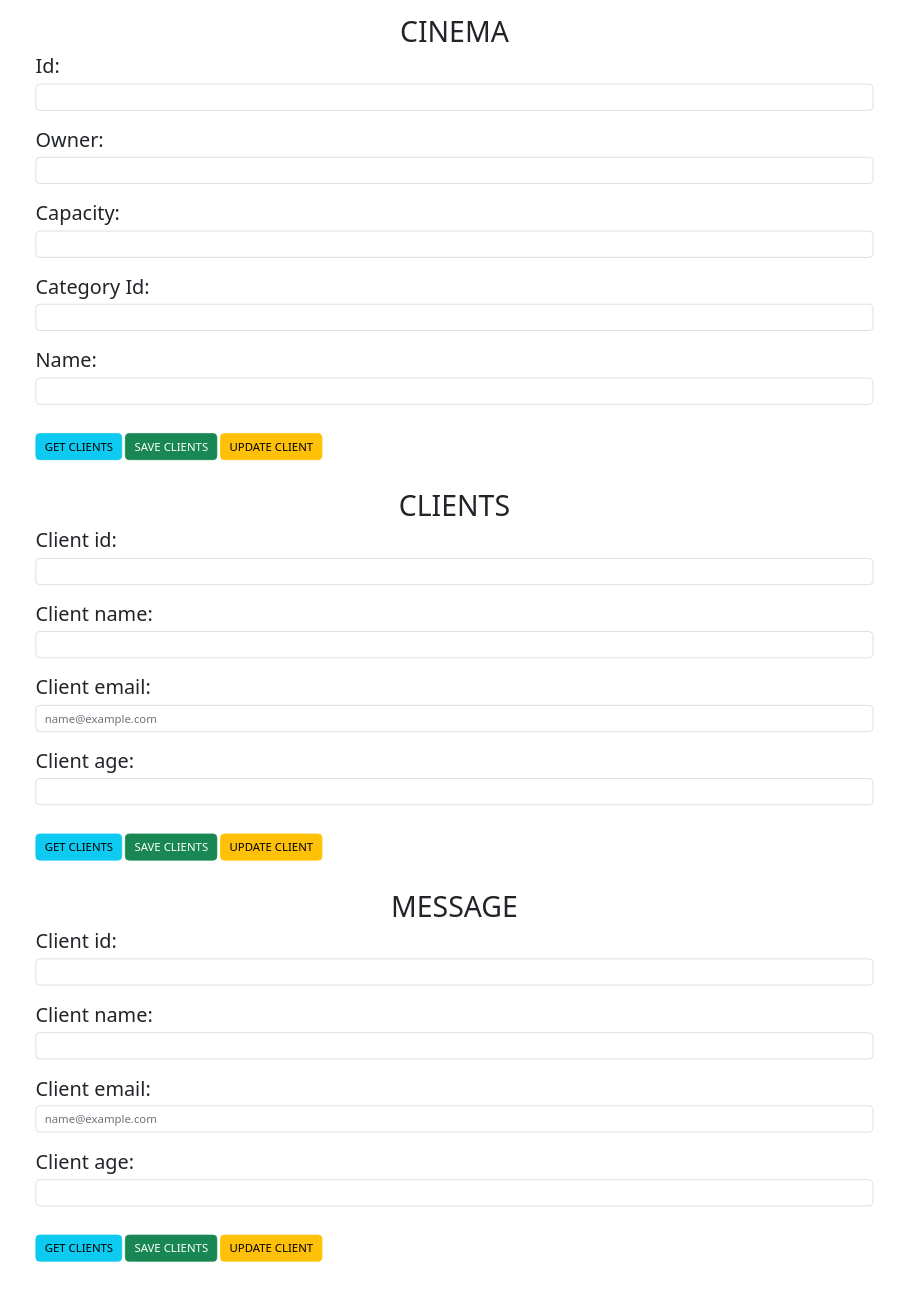
Repository: almendezl/MisionTIC
Page: index.html
An editor plug-in stored every save of this project. The page is shown before and after the next save, followed by the edit.
The browser window is 1280 px wide. The pictures show the whole page, at 71% of full size.

Above is the page before, as saved 2022-10-01 21:54:11.

### index.html
<html lang="en">
<head>
    <meta charset="UTF-8">
    <meta http-equiv="X-UA-Compatible" content="IE=edge">
    <meta name="viewport" content="width=device-width, initial-scale=1.0">
    <link rel="stylesheet" href="styles.css">
    <title>MISION TIC 2022 RETO 2</title>
</head>
<!-- add jquery api -->
<script src="https://ajax.googleapis.com/ajax/libs/jquery/3.6.1/jquery.min.js"></script>
<!-- add bootstrap -->

<link href="https://cdn.jsdelivr.net/npm/bootstrap@5.2.1/dist/css/bootstrap.min.css" rel="stylesheet" integrity="sha384-iYQeCzEYFbKjA/T2uDLTpkwGzCiq6soy8tYaI1GyVh/UjpbCx/TYkiZhlZB6+fzT" crossorigin="anonymous">
<!-- add the file with the script -->
<script type="text/javascript" src="myScript.js"></script>
<body>
    <!-- cinema front -->
    <h1 class="text-center">CINEMA</h1>
    <form action="">
        <div class="form-group">
            <h3 class="label label-default" >Id: </h3>
            <input class="form-control" type="number" id="clientId"> <br>
        </div>

        <div class="form-group">
            <h3 class="label label-default" >Owner: </h3>
            <input class="form-control" type="text" id="clientName"><br>
        </div>

        <div class="form-group">
            <h3 class="label label-default" >Capacity: </h3>
            <input class="form-control" type="text" id="clientEmail" ><br>
        </div>

        <div class="form-group">
            <h3 class="label label-default" >Category Id: </h3>
            <input class="form-control" type="number" id="clientAge"><br>
        </div>

        <div class="form-group">
            <h3 class="label label-default" >Name: </h3>
            <input class="form-control" type="number" id="clientAge"><br>
        </div>

    </form>




    <button class="btn btn-info" onclick="getClients()">GET CLIENTS</button>

    <button class="btn btn-success" onclick="setClient()">SAVE CLIENTS</button>

    <button class="btn btn-warning" onclick="updateClient()">UPDATE CLIENT</button><br><br>


    <table class="table table-striped" id="clientsList">


    </table>

    <!-- Clients front  -->
    <h1 class="text-center">CLIENTS</h1>
    <form action="">
        <div class="form-group">
            <h3 class="label label-default" >Client id: </h3>
            <input class="form-control" type="number" id="clientId"> <br>
        </div>

        <div class="form-group">
            <h3 class="label label-default" >Client name: </h3>
            <input class="form-control" type="text" id="clientName"><br>
        </div>

        <div class="form-group">
            <h3 class="label label-default" >Client email: </h3>
            <input class="form-control" type="text" id="clientEmail" placeholder="name@example.com"><br>
        </div>

        <div class="form-group">
            <h3 class="label label-default" >Client age: </h3>
            <input class="form-control" type="number" id="clientAge"><br>
        </div>

    </form>




    <button class="btn btn-info" onclick="getClients()">GET CLIENTS</button>

    <button class="btn btn-success" onclick="setClient()">SAVE CLIENTS</button>

    <button class="btn btn-warning" onclick="updateClient()">UPDATE CLIENT</button><br><br>


    <table class="table table-striped" id="clientsList">


    </table>

    <!-- Message front  -->
    <h1 class="text-center">MESSAGE</h1>
    <form action="">
        <div class="form-group">
            <h3 class="label label-default" >Client id: </h3>
            <input class="form-control" type="number" id="clientId"> <br>
        </div>

        <div class="form-group">
            <h3 class="label label-default" >Client name: </h3>
            <input class="form-control" type="text" id="clientName"><br>
        </div>

        <div class="form-group">
            <h3 class="label label-default" >Client email: </h3>
            <input class="form-control" type="text" id="clientEmail" placeholder="name@example.com"><br>
        </div>

        <div class="form-group">
            <h3 class="label label-default" >Client age: </h3>
            <input class="form-control" type="number" id="clientAge"><br>
        </div>

    </form>




    <button class="btn btn-info" onclick="getClients()">GET CLIENTS</button>

    <button class="btn btn-success" onclick="setClient()">SAVE CLIENTS</button>

    <button class="btn btn-warning" onclick="updateClient()">UPDATE CLIENT</button><br><br>


    <table class="table table-striped" id="clientsList">


    </table>

</body>
</html>

### styles.css
body {

    padding: 20px 50px;
  }

### myScript.js
function getClients(){

    $.ajax({
        url:'https://gbc0751b79176df-fy68ude9ajgxmklv.adb.us-ashburn-1.oraclecloudapps.com/ords/admin/client/client',
        type: 'GET',
        dataType: 'json',

        success: function(clients){
            console.log(clients);
            let cs= clients.items;
            //$('#clientsList').append("<h2>Clients List</h2>");
            $('#clientsList').empty();
            $('#clientsList').append("<thead><tr><th scope='col'>Id</th><th scope='col'>Name</th><th scope='col'>Email</th><th scope='col'>Age</th> <th scope='col'>Option</th></tr></thead><tbody></tbody>");
            for(i = 0; i<cs.length; i++){
                //$('#clientsList').append("<b>"+cs[i].id+" "+cs[i].name+" </b> "+cs[i].email+"   <button class='btn btn-danger' onclick='deleteClient("+cs[i].id+")'>DELETE</button>"+"<br>");
                $('#clientsList').append("<tr><th scope='row'>"+cs[i].id+"</th><td>"+cs[i].name+"</td><td>"+cs[i].email+"</td><td>"+cs[i].age+"</td><td>"+"<button class='btn btn-danger' onclick='deleteClient("+cs[i].id+")'>DELETE</button></td></tr>");

            }

        },
        error: function(xhr, status){
            alert("A problem has occurred");
        },
        complete: function(xhr, status){
            //alert("Request made");
        }
    });

}

function setClient(){

    let clientId = $("#clientId").val();
    let clientName = $("#clientName").val();
    let clientEmail = $("#clientEmail").val();
    let clientAge = $("#clientAge").val();

    let data = {
        id: clientId,
        name: clientName,
        email: clientEmail,
        age: clientAge

    };

    let dataToSend = JSON.stringify(data);

    console.log(dataToSend);

    $.ajax({
        url:'https://gbc0751b79176df-fy68ude9ajgxmklv.adb.us-ashburn-1.oraclecloudapps.com/ords/admin/client/client',
        type: 'POST',
        //dataType: 'json',
        data: dataToSend,
         contentType: "application/json",

        success: function(json){
            console.log(json);
            //Clean the inputs
            $("#clientId").val('');
            $("#clientName").val('');
            $("#clientEmail").val('');
            $("#clientAge").val('');
            getClients();
        },
        error: function(xhr, status){
            //alert("A problem has occurred");

        },
        complete: function(xhr, status){
            //alert("Request made");

        }
    });

}

function updateClient(){
    let clientId = $("#clientId").val();
    let clientName = $("#clientName").val();
    let clientEmail = $("#clientEmail").val();
    let clientAge = $("#clientAge").val();

    let data = {
        id: clientId,
        name: clientName,
        email: clientEmail,
        age: clientAge

    };

    let dataToSend = JSON.stringify(data);

    console.log(dataToSend);

    $.ajax({
        url:'https://gbc0751b79176df-fy68ude9ajgxmklv.adb.us-ashburn-1.oraclecloudapps.com/ords/admin/client/client',
        type: 'PUT',
        //dataType: 'json',
        data: dataToSend,
        contentType: "application/json",

        success: function(json){
            console.log(json);
            //Clean the inputs
            $("#clientId").val('');
            $("#clientName").val('');
            $("#clientEmail").val('');
            $("#clientAge").val('');
            getClients();
        },
        error: function(xhr, status){
            //alert("A problem has occurred");

        },
        complete: function(xhr, status){
            //alert("Request made");

        }
    });
}

function deleteClient(clientId){


    let data = {
        id: clientId

    };

    let dataToSend = JSON.stringify(data);

    console.log(dataToSend);

    $.ajax({
        url:'https://gbc0751b79176df-fy68ude9ajgxmklv.adb.us-ashburn-1.oraclecloudapps.com/ords/admin/client/client',
        type: 'DELETE',
        //dataType: 'json',
        data: dataToSend,
        contentType: "application/json",

        success: function(json){
            console.log(json);
            //Clean the inputs
            $("#clientId").val('');
            $("#clientName").val('');
            $("#clientEmail").val('');
            $("#clientAge").val('');
            getClients();
        },
        error: function(xhr, status){
            //alert("A problem has occurred");

        },
        complete: function(xhr, status){
            //alert("Request made");

        }
    });
}

After the next save:
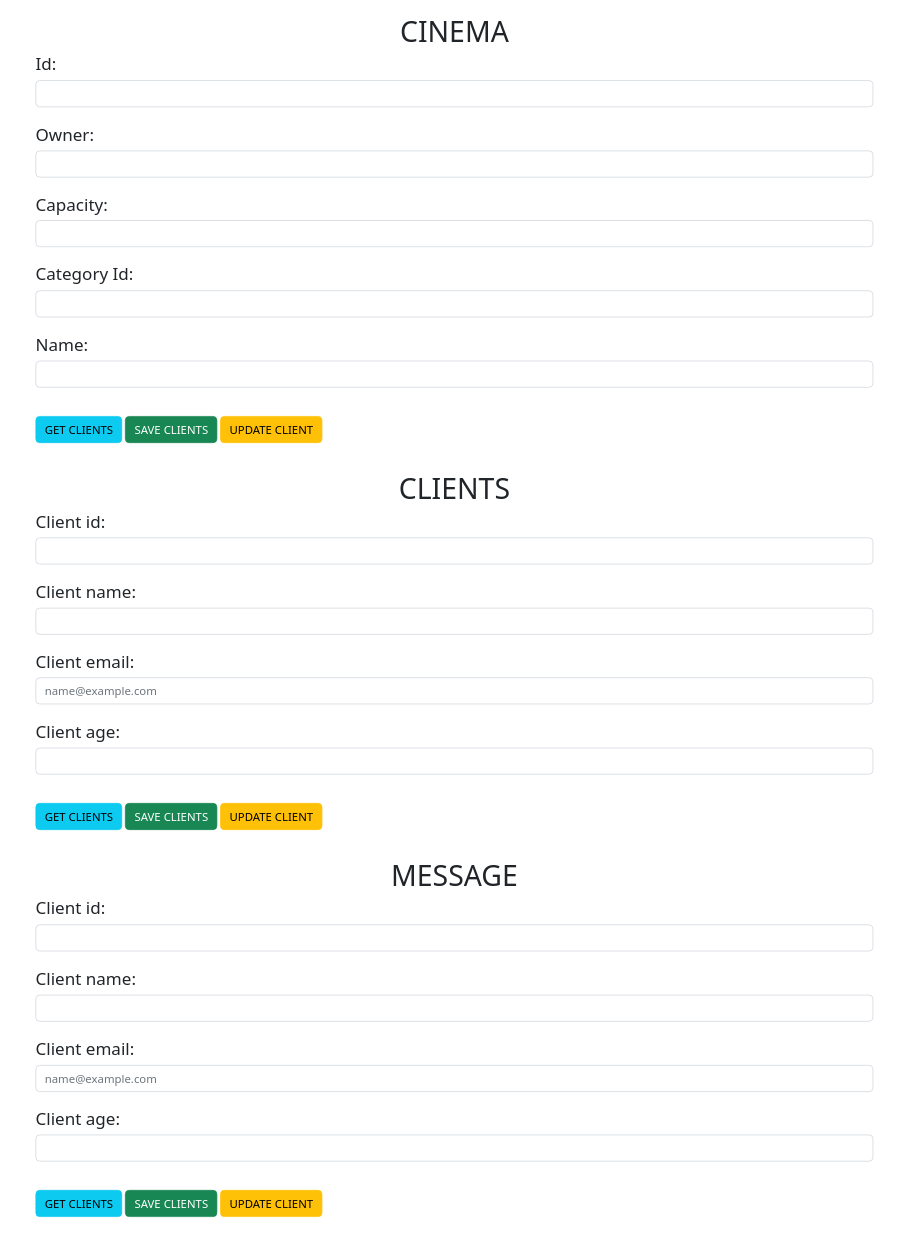
Saved 20 s later.
--- a/index.html
+++ b/index.html
@@ -18,27 +18,27 @@
     <h1 class="text-center">CINEMA</h1>
     <form action="">
         <div class="form-group">
-            <h3 class="label label-default" >Id: </h3>
+            <h4 class="label label-default" >Id: </h4>
             <input class="form-control" type="number" id="clientId"> <br>
         </div>
 
         <div class="form-group">
-            <h3 class="label label-default" >Owner: </h3>
+            <h4 class="label label-default" >Owner: </h4>
             <input class="form-control" type="text" id="clientName"><br>
         </div>
 
         <div class="form-group">
-            <h3 class="label label-default" >Capacity: </h3>
+            <h4 class="label label-default" >Capacity: </h4>
             <input class="form-control" type="text" id="clientEmail" ><br>
         </div>
 
         <div class="form-group">
-            <h3 class="label label-default" >Category Id: </h3>
+            <h4 class="label label-default" >Category Id: </h4>
             <input class="form-control" type="number" id="clientAge"><br>
         </div>
 
         <div class="form-group">
-            <h3 class="label label-default" >Name: </h3>
+            <h4 class="label label-default" >Name: </h4>
             <input class="form-control" type="number" id="clientAge"><br>
         </div>
 
@@ -63,22 +63,22 @@
     <h1 class="text-center">CLIENTS</h1>
     <form action="">
         <div class="form-group">
-            <h3 class="label label-default" >Client id: </h3>
+            <h4 class="label label-default" >Client id: </h4>
             <input class="form-control" type="number" id="clientId"> <br>
         </div>
 
         <div class="form-group">
-            <h3 class="label label-default" >Client name: </h3>
+            <h4 class="label label-default" >Client name: </h4>
             <input class="form-control" type="text" id="clientName"><br>
         </div>
 
         <div class="form-group">
-            <h3 class="label label-default" >Client email: </h3>
+            <h4 class="label label-default" >Client email: </h4>
             <input class="form-control" type="text" id="clientEmail" placeholder="name@example.com"><br>
         </div>
 
         <div class="form-group">
-            <h3 class="label label-default" >Client age: </h3>
+            <h4 class="label label-default" >Client age: </h4>
             <input class="form-control" type="number" id="clientAge"><br>
         </div>
 
@@ -103,22 +103,22 @@
     <h1 class="text-center">MESSAGE</h1>
     <form action="">
         <div class="form-group">
-            <h3 class="label label-default" >Client id: </h3>
+            <h4 class="label label-default" >Client id: </h4>
             <input class="form-control" type="number" id="clientId"> <br>
         </div>
 
         <div class="form-group">
-            <h3 class="label label-default" >Client name: </h3>
+            <h4 class="label label-default" >Client name: </h4>
             <input class="form-control" type="text" id="clientName"><br>
         </div>
 
         <div class="form-group">
-            <h3 class="label label-default" >Client email: </h3>
+            <h4 class="label label-default" >Client email: </h4>
             <input class="form-control" type="text" id="clientEmail" placeholder="name@example.com"><br>
         </div>
 
         <div class="form-group">
-            <h3 class="label label-default" >Client age: </h3>
+            <h4 class="label label-default" >Client age: </h4>
             <input class="form-control" type="number" id="clientAge"><br>
         </div>
 
